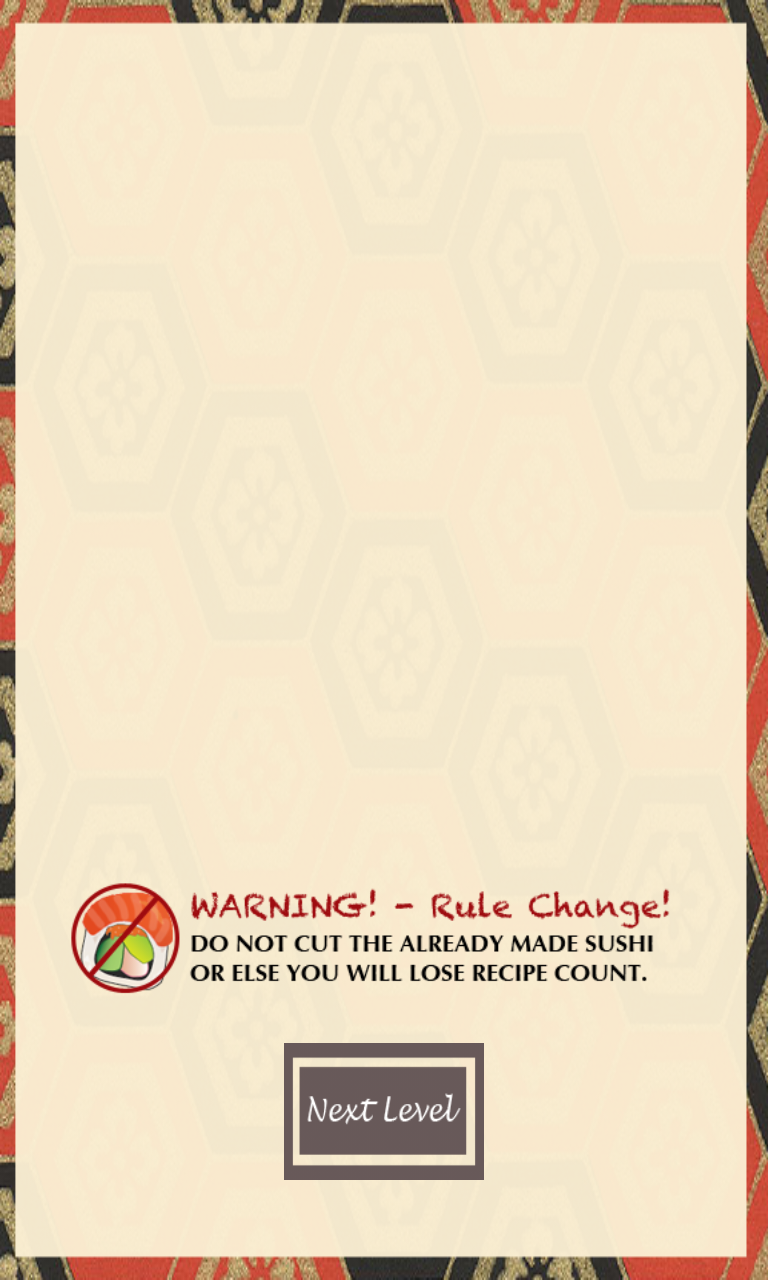
Repository: Kreispy/Sushi-Samurai
Layout: SushiNinja/res/layout/dialog.xml
These files come from the project's save history. The layout is drawn as it stood at one moment and after the next save; the edit follows.
It is drawn on a 768 x 1280 px phone screen (xhdpi) without system bars, with theme AppTheme; the app's code is not run.

Above is the layout before, as saved 2013-04-27 04:17:54.

After the next save:
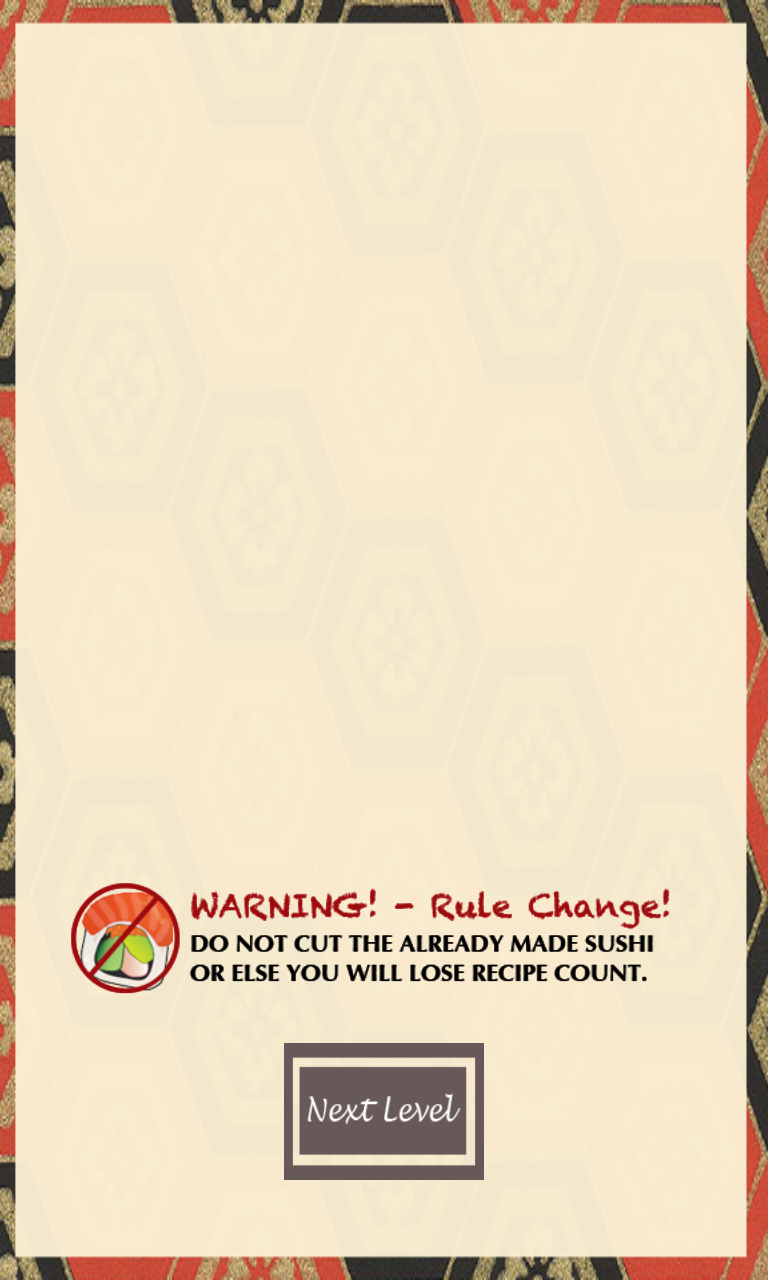
Saved 20 min 49 s later.
--- a/SushiNinja/res/layout/dialog.xml
+++ b/SushiNinja/res/layout/dialog.xml
@@ -4,15 +4,25 @@
     android:layout_height="fill_parent"
     android:background="@drawable/scroll" >
 
+    <ImageView
+         android:id="@+id/imageView1"
+         android:layout_width="wrap_content"
+         android:layout_height="wrap_content"
+         android:layout_above="@+id/OKbutton"
+         android:layout_marginBottom="15dp"
+         android:layout_centerHorizontal="true"
+         android:src="@drawable/warning"
+         android:adjustViewBounds="true" />
+
     <TextView
         android:id="@+id/text"
         android:layout_width="fill_parent"
         android:layout_height="wrap_content"
+        android:layout_marginTop="15dp"
+        android:gravity="center"
+        android:lineSpacingExtra="20dp"
         android:textColor="#400"
-        android:gravity="center"
-        android:textSize="@dimen/text20"
-        android:lineSpacingExtra ="20dp"
-        android:layout_marginTop="15dp"/>
+        android:textSize="@dimen/text20" />
 
      <Button
          android:id="@+id/OKbutton"
